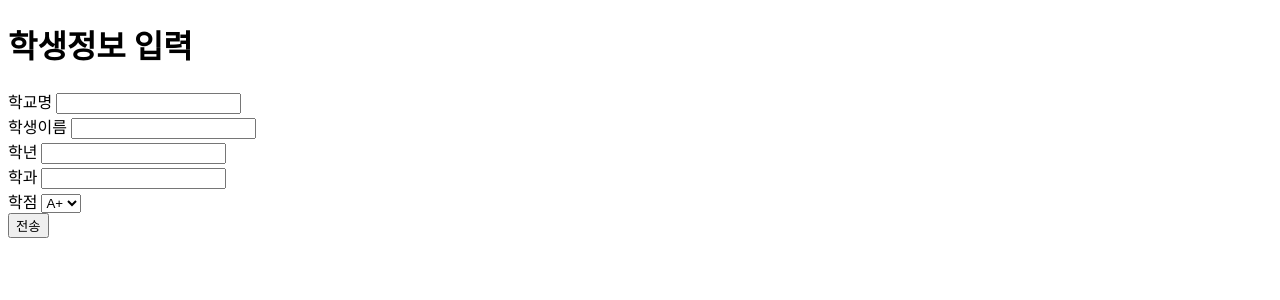
Repository: uni0415/JavaStudy_8452
Page: http://localhost/JspStudy_8452/study/request/view/student_info_show.jsp
The author's editor kept a copy of each file at every save. The page is drawn from the files as they stood at one save, then again after a run of saves.
The browser window is 1280 px wide. The pictures show the whole page.
The page is served by Tomcat 9. Nobody is signed in. The application's start-up code is not run.

Above is the page before, as saved 2022-04-07 01:11:12.

After the next 5 saves:
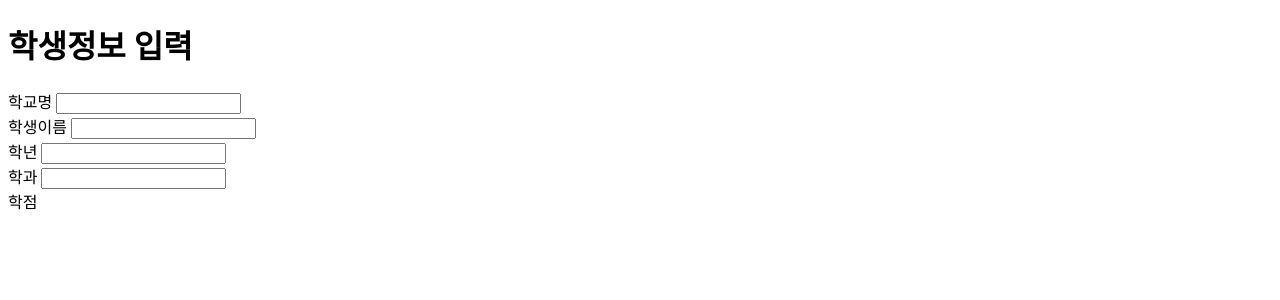
The 5 saves are shown as one change because 4 did not build or start.
The last was saved 19 min 15 s later.
--- a/JspStudy_8452/src/main/webapp/study/request/view/student_info_show.jsp
+++ b/JspStudy_8452/src/main/webapp/study/request/view/student_info_show.jsp
@@ -1,17 +1,21 @@
 <%@ page language="java" contentType="text/html; charset=UTF-8"
     pageEncoding="UTF-8"%>
+<%@ page import="student.Student" %>
 <!DOCTYPE html>
 <html>
 <head>
 <meta charset="UTF-8">
 <title>Insert title here</title>
 </head>
+<%
+	Student student = (Student)request.getAttribute("student");
+%>
 <body>
 	<h1>학생정보 입력</h1>
-	<form action="" method="get">
+
 	<div>
 		<label>학교명</label>
-		<input type="text" name="school-name">
+		<input type="text" name="school-name" >
 	</div>
 	<div>
 		<label>학생이름</label>
@@ -27,20 +31,8 @@
 	</div>
 	<div>
 		<label>학점</label>
-		<select name="grade">
-		<option value="A+">A+</option>
-		<option value="A">A</option>
-		<option value="B+">B+</option>
-		<option value="B">B</option>
-		<option value="C+">C+</option>
-		<option value="C">C</option>
-		<option value="D+">D+</option>
-		<option value="D">D</option>
-		<option value="F">F</option>
+		<div></div>
+	</div>
 
-		</select>
-	</div>
-	<button>전송</button>
-	</form>
 </body>
 </html>
